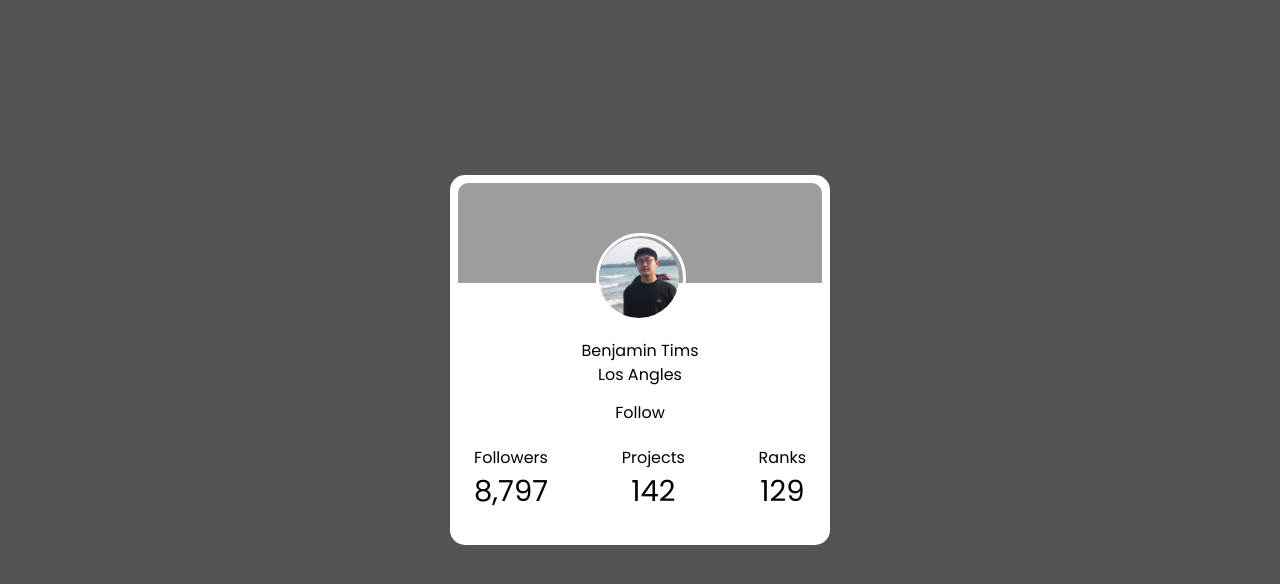
Repository: varotsk137/INT203_62130500080
Page: 62130500080_groupwork_2/myprofile.html
An editor plug-in stored every save of this project. The page is shown before and after the next save, followed by the edit.
The browser window is 1280 px wide. The pictures show the whole page.
Pictures or frames that could not be fetched are drawn as grey boxes.

Above is the page before, as saved 2021-02-03 10:55:31.

### 62130500080_groupwork_2/myprofile.html
<!DOCTYPE html>
<html lang="en">

<head>
  <meta charset="UTF-8" />
  <meta name="viewport" content="width=device-width, initial-scale=1.0" />
  <title>Basic Vue Js - HelloWorld App</title>

  <!-- https://google.github.io/material-design-icons/#icon-font-for-the-web -->
  <!-- Using via Google Web Fonts -->
  <link href="https://fonts.googleapis.com/icon?family=Material+Icons" rel="stylesheet" />

  <!-- https://tailwindcss.com/docs/installation -->
  <!-- Using Tailwind via CDN -->
  <link href="https://unpkg.com/tailwindcss@^2/dist/tailwind.min.css" rel="stylesheet" />

  <!-- https://v3.vuejs.org/guide/installation.html#release-notes -->
  <!-- Vue CDN -->
  <script src="https://unpkg.com/vue@next"></script>

  <style>
    @import url("https://fonts.googleapis.com/css2?family=Poppins:weight@100;200;300;400;500;600;700;800&display=swap");

    body {
      background-color: #545454;
      font-family: "Poppins", sans-serif;
      font-weight: 300
    }

    .container {
      height: 100vh
    }

    .card {
      width: 380px;
      border: none;
      border-radius: 15px;
      padding: 8px;
      background-color: #fff;
      position: relative;
      height: 370px
    }

    .upper {
      height: 100px
    }

    .upper img {
      width: 100%;
      border-top-left-radius: 10px;
      border-top-right-radius: 10px
    }

    .user {
      position: relative
    }

    .profile img {
      height: 80px;
      width: 80px;
      margin-top: 2px
    }

    .profile {
      position: absolute;
      top: -50px;
      left: 38%;
      height: 90px;
      width: 90px;
      border: 3px solid #fff;
      border-radius: 50%
    }

    .follow {
      border-radius: 15px;
      padding-left: 20px;
      padding-right: 20px;
      height: 35px
    }

    .stats span {
      font-size: 29px
    }
  </style>
</head>

<body>
  <div id="app" class="container flex justify-center items-center">
    <div class="card">
      <div class="upper"> <img :src="bg" class="h-full"> </div>
      <div class="user text-center justify-center">
        <div class="profile"> <img :src="me" class="rounded-full" width="80"> </div>
      </div>
      <div class="mt-14 text-center">
        <h4 class="mb-0">Benjamin Tims</h4> <span class="text-muted block mb-2">Los Angles</span> <button
          class="btn btn-primary btn-sm follow">Follow</button>
        <div class="flex justify-between items-center mt-4 px-4">
          <div class="stats">
            <h6 class="mb-0">Followers</h6> <span>8,797</span>
          </div>
          <div class="stats">
            <h6 class="mb-0">Projects</h6> <span>142</span>
          </div>
          <div class="stats">
            <h6 class="mb-0">Ranks</h6> <span>129</span>
          </div>
        </div>
      </div>
    </div>
  </div>

  <!-- my main.js -->
  <script src="./profile.js"></script>
</body>

</html>

### 62130500080_groupwork_2/profile.js
const app = {
    data() {
        return {
                bg: "./images/bg.png"
            ,   me: "./images/me.jpg"

        }
    }
    ,created() {
        console.log("message is: "+this.msg)
    }
    , updated (){
        console.log("message change to: "+this.msg)
    }


}


var mountedApp = Vue.createApp(app).mount('#app');

After the next save:
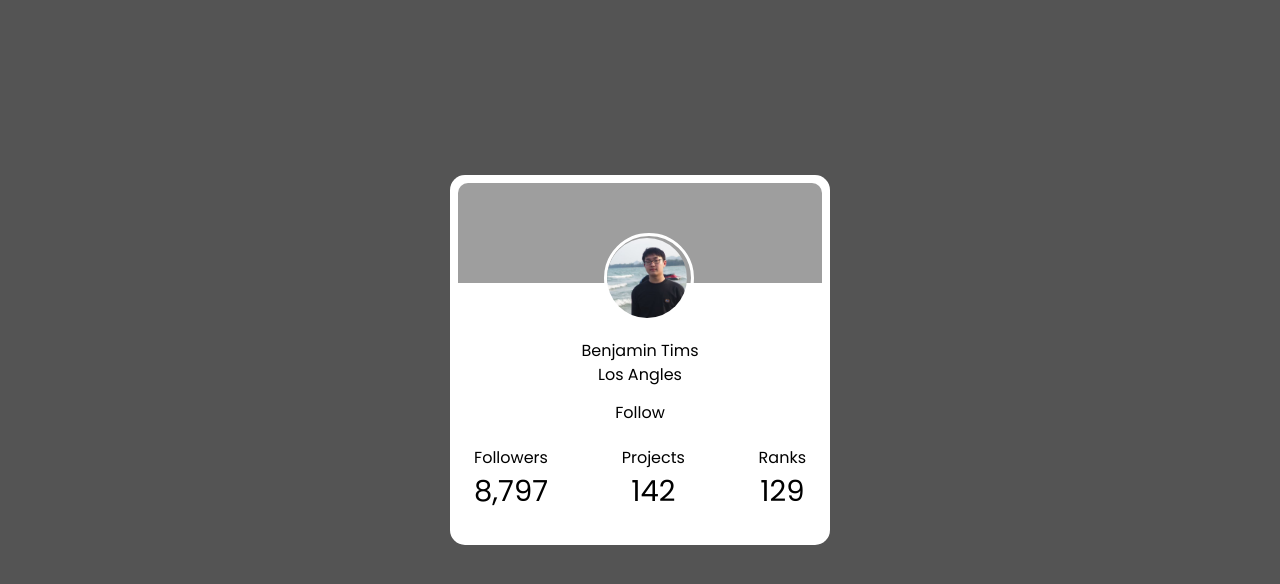
Saved 6 s later.
--- a/62130500080_groupwork_2/myprofile.html
+++ b/62130500080_groupwork_2/myprofile.html
@@ -64,7 +64,7 @@
     .profile {
       position: absolute;
       top: -50px;
-      left: 38%;
+      left: 40%;
       height: 90px;
       width: 90px;
       border: 3px solid #fff;
